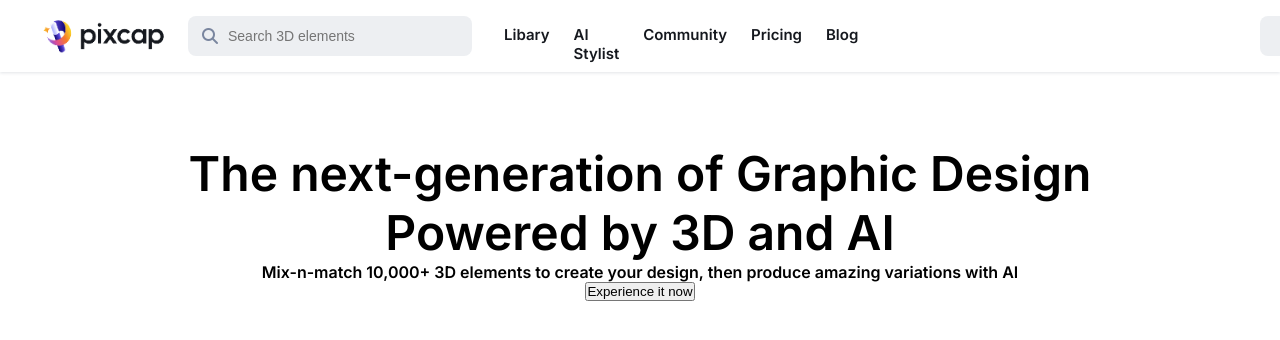
Repository: xd25vn/PROJECT-TEST-XDX25VN
Page: index.html
These files come from the project's save history. The page is drawn as it stood at one moment and after the next save; the edit follows.
The browser window is 1280 px wide. The pictures show the whole page.

Above is the page before, as saved 2023-09-07 19:37:40.

### index.html
<html lang="en">
<head>
    <meta charset="UTF-8">
    <meta name="viewport" content="width=device-width, initial-scale=1.0">
    <title>Pixcap</title>
    <link rel="stylesheet" href="./assets/base.css">
    <link rel="stylesheet" href="./assets/main.css">
    <link rel="preconnect" href="https://fonts.googleapis.com">
    <link rel="preconnect" href="https://fonts.gstatic.com" crossorigin>
    <link href="https://fonts.googleapis.com/css2?family=Inter:wght@600&display=swap" rel="stylesheet">
    <link rel="stylesheet" href="./assets/font/fontawesome-free-6.4.0-web/fontawesome-free-6.4.0-web/css/all.min.css">
</head>
<body>
    <header>
        <a href="" class="logo-nav">
            <img src="./assets/image/logo.png" alt="PIXCAP">
        </a>
        <div class="form-control">
            <i class="fa-solid fa-magnifying-glass icon-search"></i><input type="text" placeholder="Search 3D elements">
        </div>
        <ul class="nav-product">
                <li><a href="">Libary</a></li>
                <li><a href="">AI Stylist</a></li>
                <li><a href="">Community</a></li>
                <li><a href="">Pricing</a></li>
                <li><a href="">Blog</a></li>
        </ul>
        <div class="nav-login">
            <a href="" class="nav-login-log">Log In</a>
            <a href="" class="nav-login-regis">Sign Up</a>
        </div>
    </header>

    <div id="sidebar">
        <div class="sidebar-text">
            <h3>The next-generation of <span class="sidebar-text-dif">Graphic Design</span><br>Powered by 3D and AI
            </h3>
            <p>Mix-n-match 10,000+ 3D elements to create your design, then produce amazing variations with AI</p>
            <button class="sidebar-text-btn">Experience it now</button>
        </div>
    </div>
</body>
</html>

### assets/base.css
* {
    margin: 0;
    padding: 0;
    box-sizing: border-box;
}

body {
    background-color: #fff;
    font-family: 'Inter', sans-serif;
}

:root {
    --color-black: #15181E;
}

### assets/main.css
header {
    background-color: #fff;
    display: flex;
    box-shadow: rgba(57, 76, 96, 0.15) 0px 1px 3px 0px;
    width: 100%;
    height: 72px;
    align-items: center;
    padding: 0 32px;
    position: fixed;
    z-index: 999;
}

header .nav-product {
    list-style: none;
    display: flex;
    align-items: center;
}

header .logo-nav {
    padding-right: 10px;
}

header .logo-nav img {
    width: 146px;
    height: auto;
}

header .form-control {
    padding-right: 20px;
}

header .form-control input {
    height: 40px;
    font-size: 14px;
    padding: 8px 8px 8px 40px;
    border-radius: 8px;
    border: rgb(210, 214, 224);
    outline: rgb(210, 214, 224);
    background-color: rgb(237, 239, 242);
    transition: background-color 0.2s ease-in-out 0s;
    width: 100%;
    position: relative;
    width: 284px;
}

header .form-control .icon-search {
    position: absolute;
    z-index: 1;
    top: 28;
    left: 202;
    color: rgb(122, 134, 159);
}

header .nav-product li {
    padding: 6px 12px;
    height: 36px;
}

header .nav-product li:hover {
    background-color: #EDEFF2;
    border-radius: 8px;
}

header .nav-product li a {
    text-decoration: none;
    color: var(--color-black);
    font-size: 15px;
    font-weight: 400;
}

header .nav-login {
    list-style: none;
    display: flex;
    align-items: center;
    margin-left: 390px;
}

header .nav-login a {
    text-decoration: none;
    padding: 0px 24px;
    color: var(--color-black);
    font-size: 15px;
    font-weight: 400;
}

header .nav-login .nav-login-log {
    background-color: #EDEFF2;
    height: 40px;
    border-radius: 8px;
    line-height: 39px;
    margin-right: 10px;
}

header .nav-login .nav-login-regis {
    background-color: #462ED1;
    height: 40px;
    border-radius: 8px;
    line-height: 39px;
    color: #fff;
    box-shadow: rgba(100, 78, 229, 0.3) 0px 2px 12px 2px;
}

#sidebar {
    padding-top: 144px;
    padding: 144px 32px 64px 32px;
}

#sidebar .sidebar-text {
    text-align: center;
}

#sidebar .sidebar-text h3 {
    font-size: 48px;
}

Loaded but not shown: assets/font/fontawesome-free-6.4.0-web/fontawesome-free-6.4.0-web/css/all.min.css (library)

After the next save:
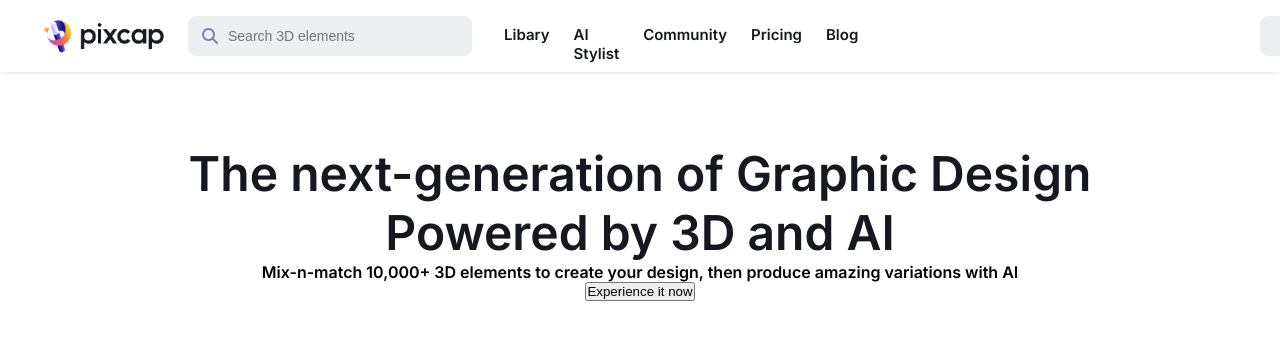
Saved 9 s later.
--- a/assets/main.css
+++ b/assets/main.css
@@ -111,4 +111,5 @@
 
 #sidebar .sidebar-text h3 {
     font-size: 48px;
+    color: var(--color-black);
 }
